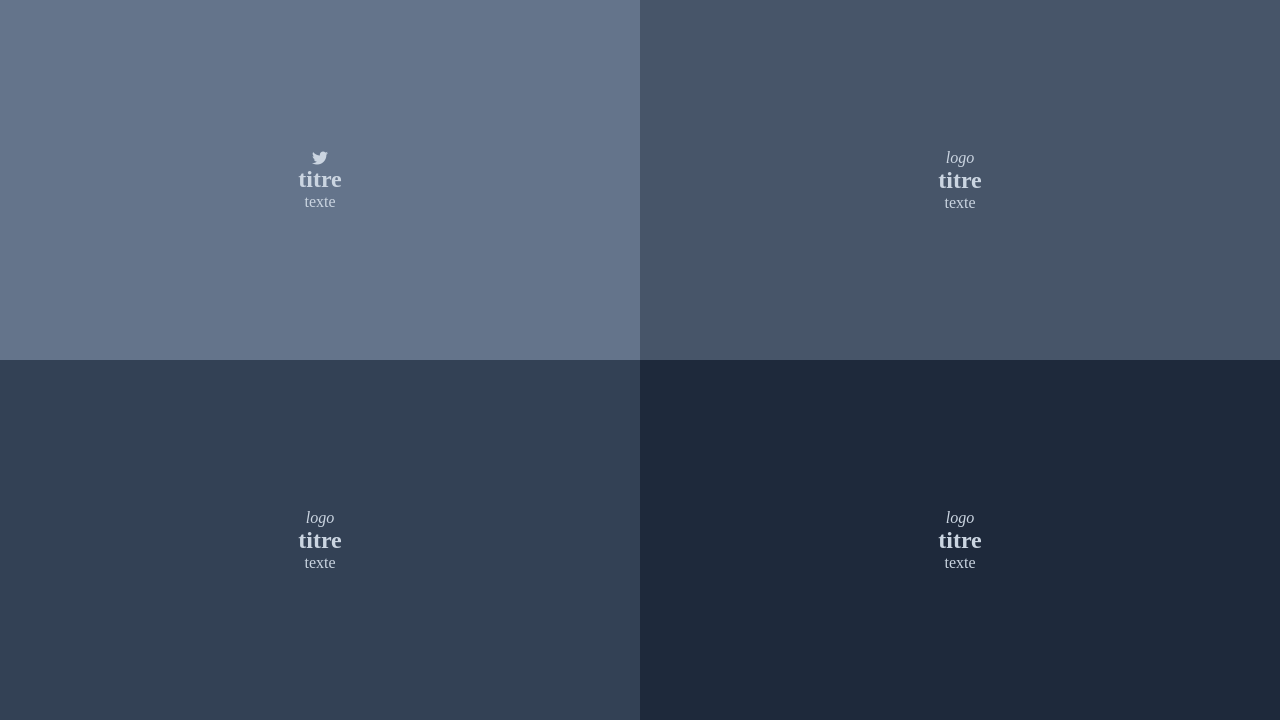
Repository: AriyiiA/ariyiia.github.io
Page: contact.html
These files come from the project's save history. The page is drawn as it stood at one moment and after the next save; the edit follows.
The browser window is 1280 px wide. The pictures show the whole page.
Some web libraries are served in a nearby version.

Above is the page before, as saved 2023-03-10 12:13:43.

After the next save:
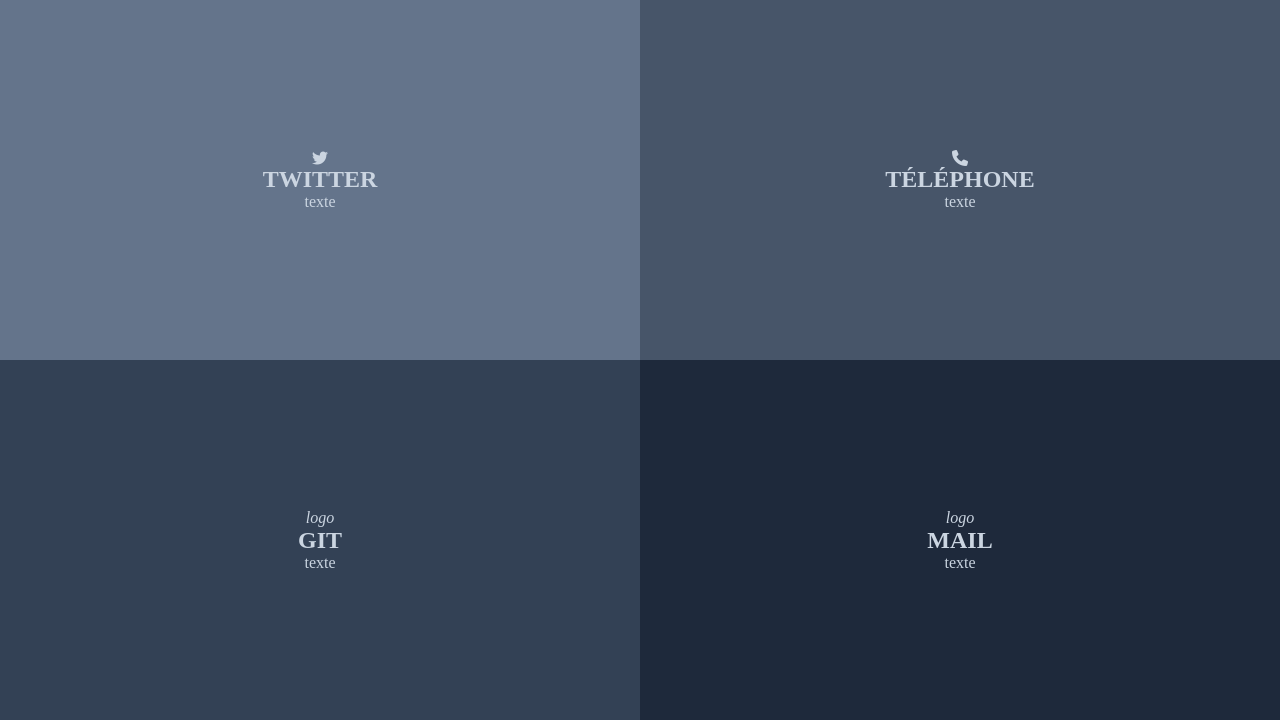
Saved 75 s later.
--- a/contact.html
+++ b/contact.html
@@ -12,22 +12,22 @@
     <div class="container">
         <div class="box1">
             <i class="fa-brands fa-twitter"></i>
-            <h2>titre</h2>
+            <h2>TWITTER</h2>
             <p>texte</p>
         </div>
         <div class="box2">
-            <i>logo</i>
-            <h2>titre</h2>
+            <i class="fa-solid fa-phone"></i>
+            <h2>TÉLÉPHONE</h2>
             <p>texte</p>
         </div>
         <div class="box3">
             <i>logo</i>
-            <h2>titre</h2>
+            <h2>GIT</h2>
             <p>texte</p>
         </div>
         <div class="box4">
             <i>logo</i>
-            <h2>titre</h2>
+            <h2>MAIL</h2>
             <p>texte</p>
         </div>
     </div>
